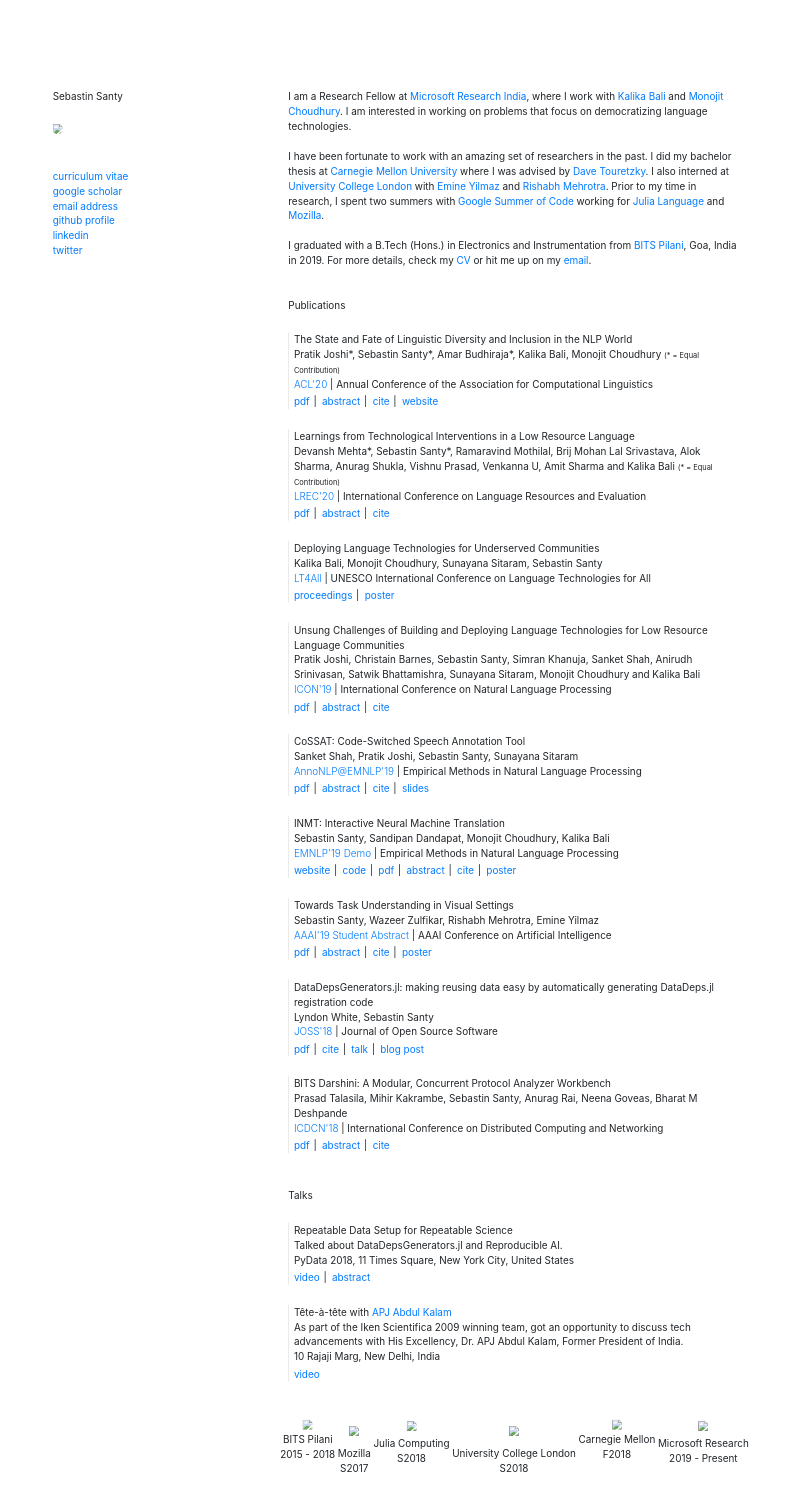
Repository: divyanshuaggarwal/divyanshuaggarwal.github.io
Page: index.html
An editor plug-in stored every save of this project. The page is shown before and after a run of saves, followed by the edit.
The browser window is 1280 px wide. The pictures show the whole page, at 62% of full size.

Above is the page before, as saved 2024-02-18 23:09:47.
Not found: assets/style-3.js
Not found: images/CMU1.png
Not found: images/bitspilani.png

After the next 3 saves:
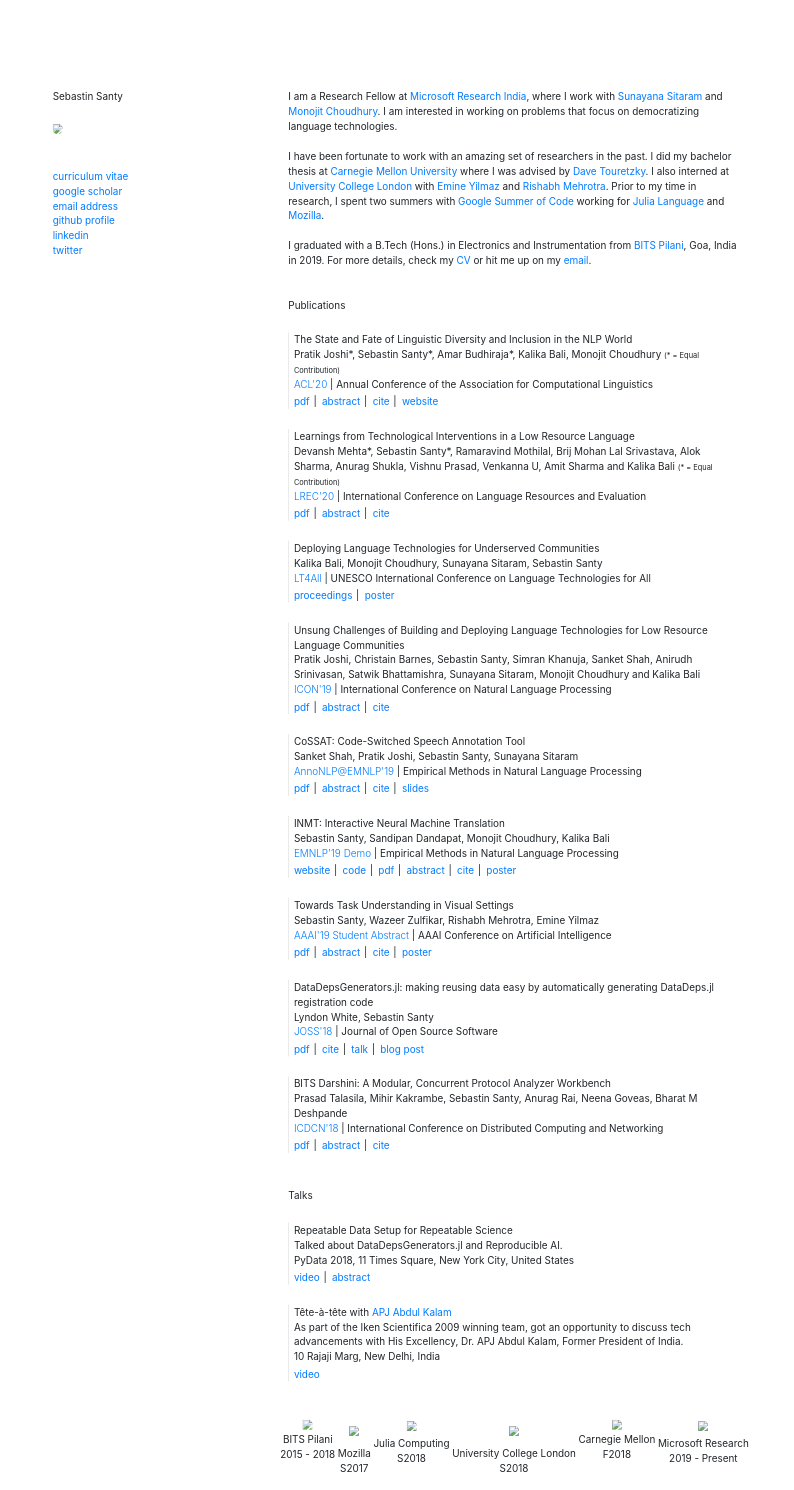
The 3 saves are shown as one change because they came seconds apart.
The last was saved 17 s later.
--- a/index.html
+++ b/index.html
@@ -44,7 +44,7 @@
                  I am a Research Fellow at <a class="in-text"
                      href="https://www.microsoft.com/en-us/research/lab/microsoft-research-india/"
                      target="_blank">Microsoft Research India</a>, where I work with <a class="in-text"
-                     href="https://www.microsoft.com/en-us/research/people/kalikab/" target="_blank">Kalika Bali</a> and
+                     href="https://www.microsoft.com/en-us/research/people/kalikab/" target="_blank">Sunayana Sitaram</a> and
                  <a class="in-text" href="https://www.microsoft.com/en-us/research/people/monojitc/"
                      target="_blank">Monojit Choudhury</a>. I am interested in working on problems that focus on
                  democratizing language technologies. <br> <br>
